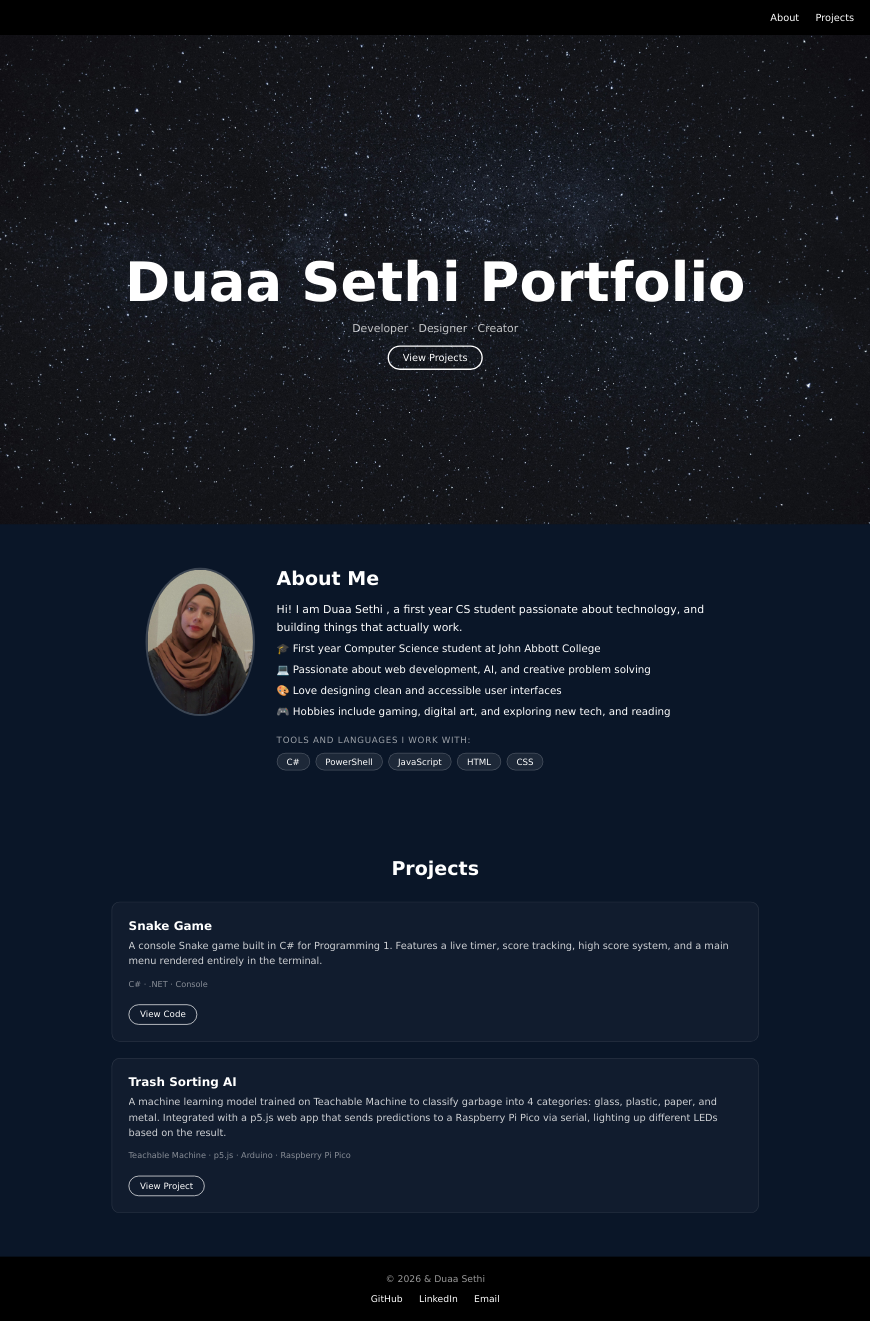
Repository: Duaa-Sethi/Duaa-Sethi
Page: index.html
An editor plug-in stored every save of this project. The page is shown before and after the next save, followed by the edit.
The browser window is 1280 px wide. The pictures show the whole page, at 68% of full size.
Some web fonts or font styles are not loaded; a fallback is used.

Above is the page before, as saved 2026-05-06 13:28:04.

After the next save:
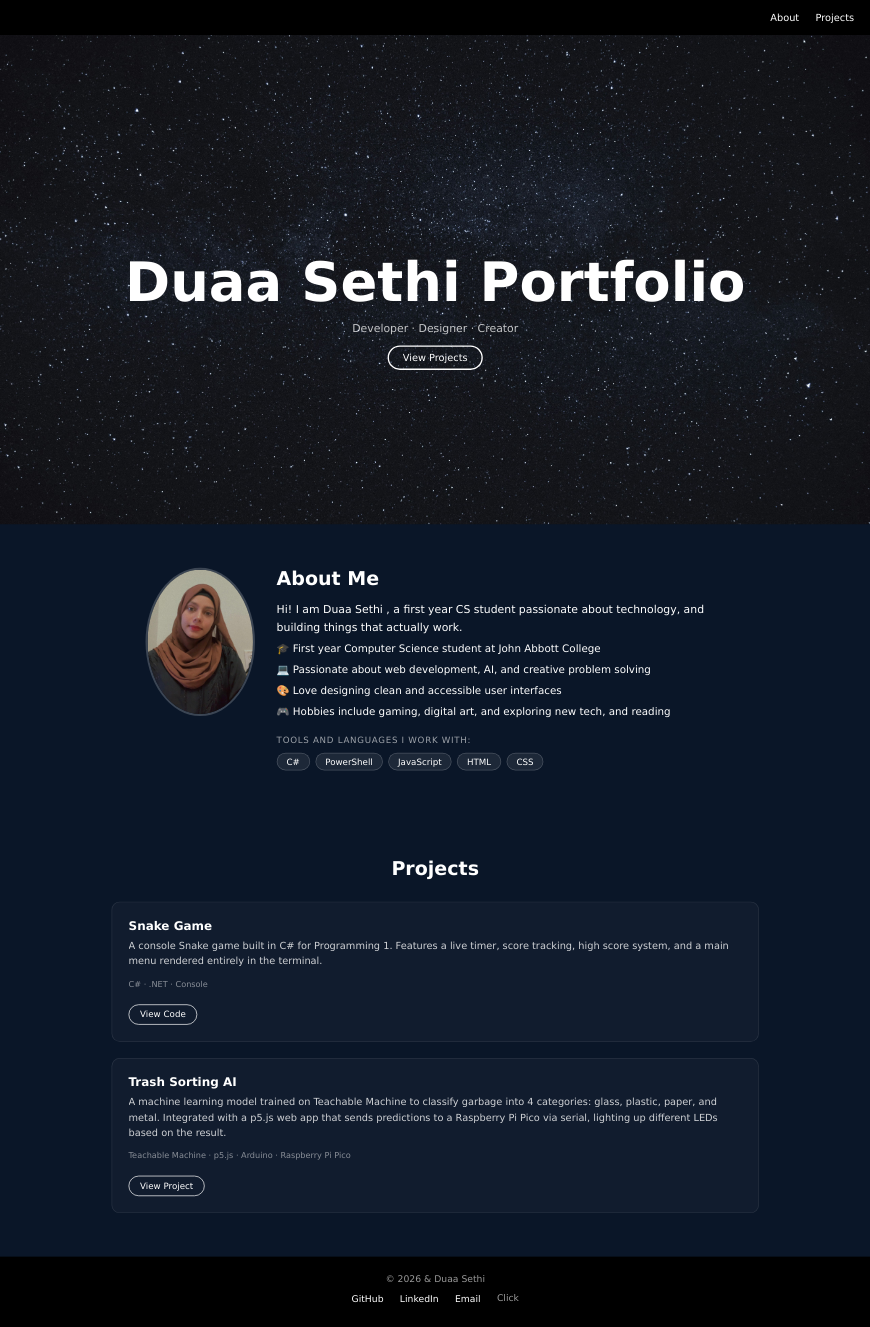
Saved 22 h 48 min later.
--- a/index.html
+++ b/index.html
@@ -112,6 +112,10 @@
         <li>
           <a href="mailto:duairfansethi@gmail.com">Email</a>
         </li>
+        <p>
+          Click
+          <a href="mailto:duairfansethi@gmail.com"> </a>
+        </p>
       </ul>
     </footer>
   </body>

After the save that followed:
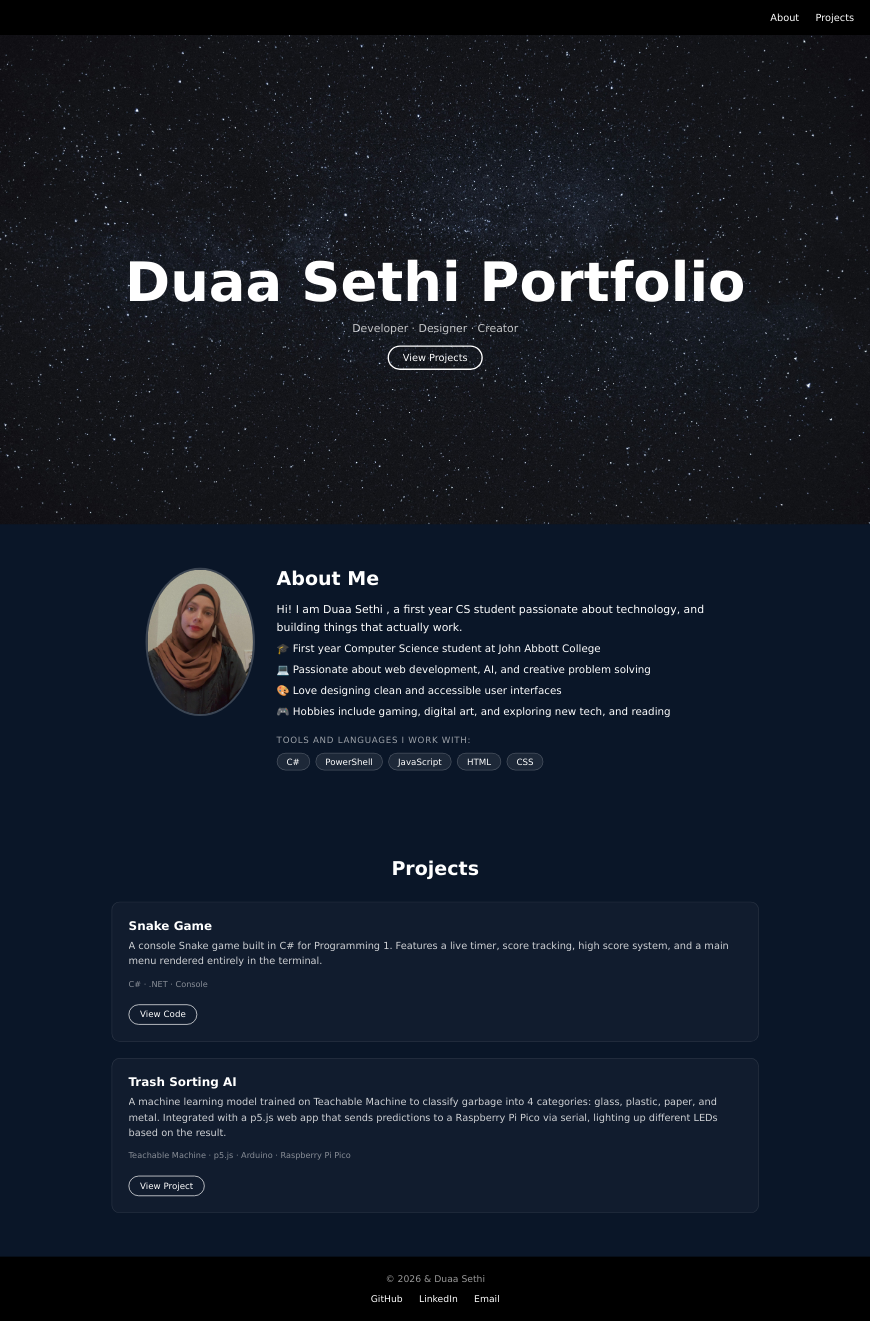
Saved 10 s later.
--- a/index.html
+++ b/index.html
@@ -112,10 +112,6 @@
         <li>
           <a href="mailto:duairfansethi@gmail.com">Email</a>
         </li>
-        <p>
-          Click
-          <a href="mailto:duairfansethi@gmail.com"> </a>
-        </p>
       </ul>
     </footer>
   </body>
